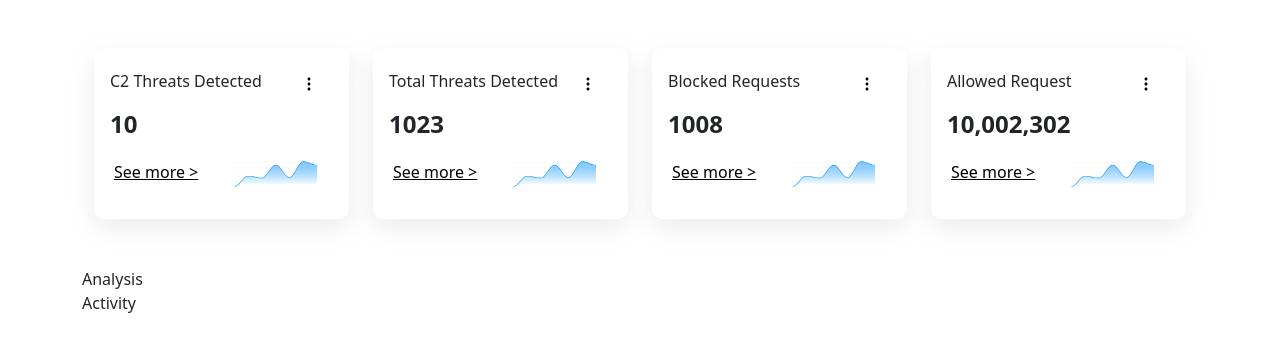
Repository: badhon252/dashboard
Page: /
The author's editor kept a copy of each file at every save. The page is drawn from the files as they stood at one save, then again after the next save.
The browser window is 1280 px wide. The pictures show the whole page.
The project was rebuilt for these pictures with package versions that can differ from the ones it lists, and the page was loaded fresh each time. Also part of the build but not shown: vite.config.js.

Above is the page before, as saved 2023-01-27 02:16:13.

After the next save:
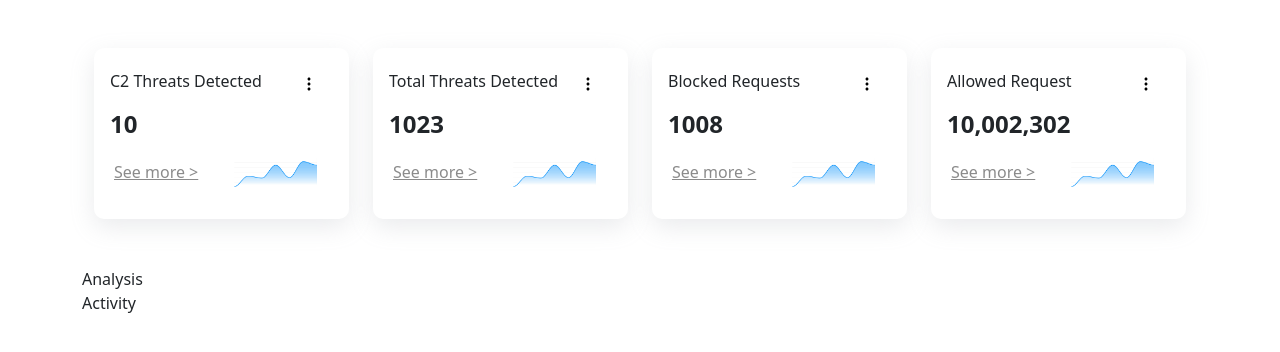
Saved 12 s later.
--- a/src/App.css
+++ b/src/App.css
@@ -1,5 +1,5 @@
 .link {
-    color: #000;
+    color: rgba(0, 0, 0, 0.459);
     text-decoration: underline;
     font-size: 1em;
     padding: 0;
